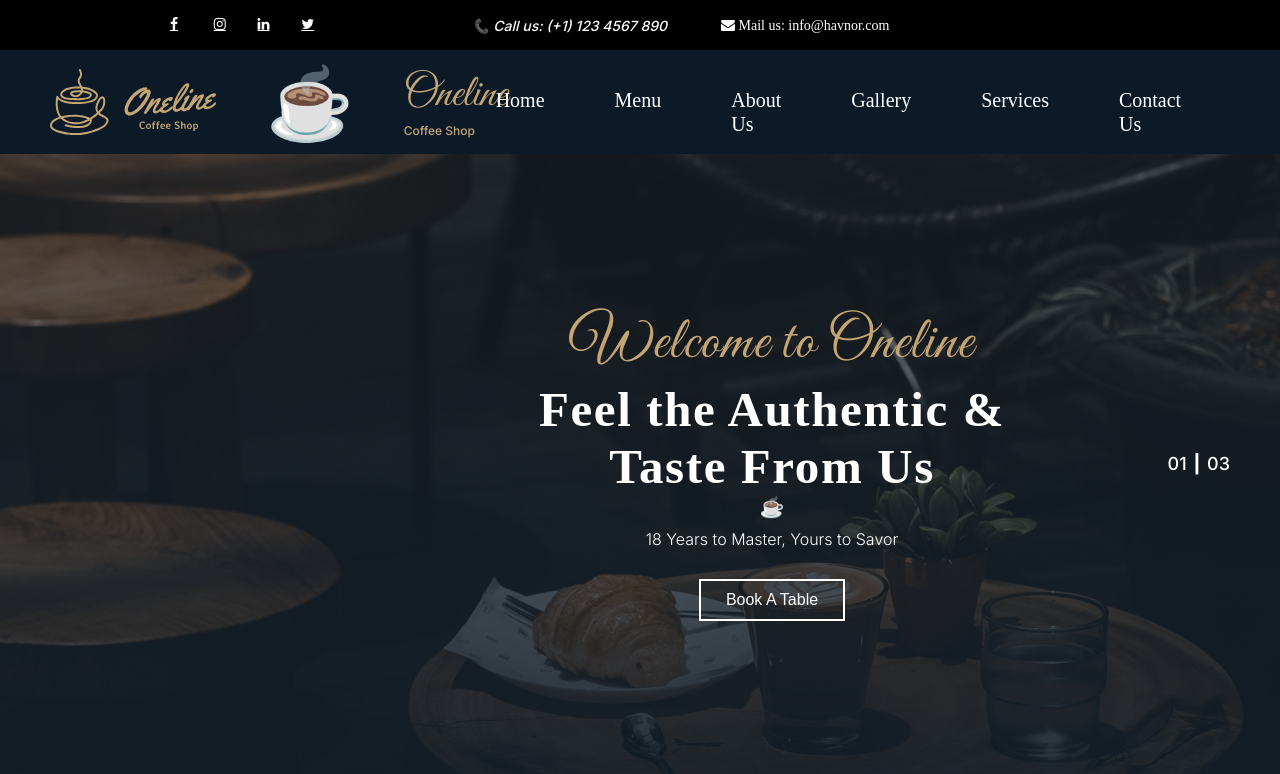
Repository: abhayzulasana/Online-Coffee-Shop
Page: index.html
The author's editor kept a copy of each file at every save. The page is drawn from the files as they stood at one save, then again after the next save.
The browser window is 1280 px wide. The pictures show the whole page.

Above is the page before, as saved 2025-05-14 10:08:22.

### index.html
<!DOCTYPE html>
<html lang="en">
<head>
  <meta charset="UTF-8" />
  <meta name="viewport" content="width=device-width, initial-scale=1.0" />
  <title>Oneline Coffee Shop</title>
  <link rel="stylesheet" href="style.css" />
  <link rel="stylesheet" href="https://cdnjs.cloudflare.com/ajax/libs/font-awesome/4.7.0/css/font-awesome.min.css">

  <link rel="preconnect" href="https://fonts.googleapis.com" />
  <link rel="preconnect" href="https://fonts.gstatic.com" crossorigin />
  <link href="https://fonts.googleapis.com/css2?family=Great+Vibes&family=Inter:wght@300;500;700&display=swap" rel="stylesheet">
</head>
<body>
  <header class="top-bar">
    <div class="social-icons">
      <a href="#" class="fa fa-facebook"></a>
      <a href="#" class="fa fa-instagram"></a>
      <a href="#" class="fa fa-linkedin"></a>
      <a href="#" class="fa fa-twitter"></a>

    </div>
    <div class="contact-info">
      <i class="call"> 📞   Call us: (+1) 123 4567 890</i>
      <i class="fa fa-envelope">    Mail us: info@havnor.com</i>

    </div>
  </header>

  <nav class="navbar">
    <div class="logo">
      <img src="img/cafelogo.svg">
      <span>☕</span>
      <span class="logo-text">Oneline <small>Coffee Shop</small></span>
    </div>
    <ul class="nav-links">
      <li>Home</li>
      <li>Menu</li>
      <li>About Us</li>
      <li>Gallery</li>
      <li>Services</li>
      <li>Contact Us</li>
    </ul>
  </nav>

  <section class="hero">
    <div class="hero-content">
  <center>
      <h2>Welcome to Oneline</h2>
      <h1>Feel the Authentic & Taste From Us</h1>
      <div class="divider">☕</div>
      <p>18 Years to Master, Yours to Savor</p>
      <button>Book A Table</button>
    </div>
  </center>
    <div class="scroll-number">
      <span>01</span>
      <span>┃</span>
      <span>03</span>
    </div>
  </section>
</body>
</html>

### style.css
/* Reset & Base */
* {
    margin: 0;
    padding: 0px;
    box-sizing: border-box;
  }

  body {
    font-family: 'Inter', sans-serif;
    color: white;
    /* margin-left:90px; */
    height: 100vh;
  }

  /* Top Bar */
  .top-bar {
    top: 0px;
    width: 100%;
    height: 50px;
    background-color: #000;
    color: white;
    display: flex;
    justify-content: space-between;
    padding: 10px 30px;
    font-size: 14px;

  }

  .social-icons a {
    margin-top:7px;
    width:40px;
    height: 17px;

    /* margin-right: 10px; */
    color: white;
    /* margin-left: 0px; */
    /* gap: 10px; */
  }
  .fa-facebook{
    margin-left: 140px;
  }
  .contact-info{
      display: flex;
      gap: 40px;
      margin-right: 320px;
      font-family: 'Inter', sans-serif;

      align-items: center;

  }
  .call{
      /* gap: 70px; */
      font-family: 'Inter', sans-serif;

      /* font: normal normal medium 16px/19px Montserrat; */
      width: 209px;
  }
  .fa-envelope{
    width: 209px;
    font-family: 'Inter', sans-serif;

  }

  /* Navbar */
  .navbar {
    top: 47px;
    margin-left: 0px;
    width: 100%;
    height: 104px;
    background-color: #0c1a28;
    display: flex;
    justify-content: space-between;
    text-align: left;
    /* align-items: center; */
    padding: 15px 50px;
  }

  .logo {
    display: flex;
    align-items: center;
    font-size: 70px;
    /* color: #C5A572; */
  }

  .logo span{
    margin-left: 50px;
    color: #C5A572;
  }
  .logo-text {
    top: 81px;
    width: 92px;
    height: px;
    color: #C5A572;
    font-family: 'Great Vibes', cursive;
    margin-left: 210px;
    font-size: 45px;
  }

  .logo-text small {
    display: block;
    font-size: 12px;
    font-family: 'Inter', sans-serif;
  }

  .nav-links {
    /* margin-left: 57px; */
    margin-right: 290px;
    margin-top: 23px;
    height: 24px;
    list-style: none;
    display: flex;
    gap: 70px;
    /* text-align: left; */
    font: normal normal normal 20px/24px Montserrat;
    color: #FFFFFF;
    opacity: 1;
  }

  .nav-links li {
    cursor: pointer;
  }

  /* Hero Section */
  .hero {
    top: 151px;
    left: 0px;
    width: 100%;
    height: 500px;
    display: flex;
    justify-content: space-between;
    align-items: center;
    height: calc(100vh - 100px);
    padding: 0 50px;
    background: url('img/bgcafe.png');
  background-repeat: no-repeat;
  background-size: cover;
  background-position: center;
  }

  .hero-content {
    top: 398px;
    margin-left: 427px;
    width: 857px;
    height: 317px;
    max-width: 50%;
  }

  .hero-content h2 {
    /* text-align: left; */
    font: normal normal normal 60px/75px Great Vibes;
    letter-spacing: 1.2px;
    color: #C5A572;

  }

  .hero-content h1 {
    font: normal normal normal ;
    font-family:Bellefair;
    font-size: 49px;
    letter-spacing: 1.6px;

    /* margin-bottom: 20px; */
  }

  .divider {
    font-size: 20px;
    color: #d4af37;
    margin-bottom: 10px;
  }

  .hero-content p {
    margin-bottom: 30px;
    font-weight: 300;
  }

  .hero-content button {
    padding: 10px 25px;
    font-size: 16px;
    background-color: transparent;
    border: 2px solid white;
    color: white;
    cursor: pointer;
    transition: 0.3s;
  }

  .hero-content button:hover {
    background-color: white;
    color: #000;
  }

  .scroll-number {
    text-align: center;
    font-size: 18px;
    line-height: 1.8;
  }

After the next save:
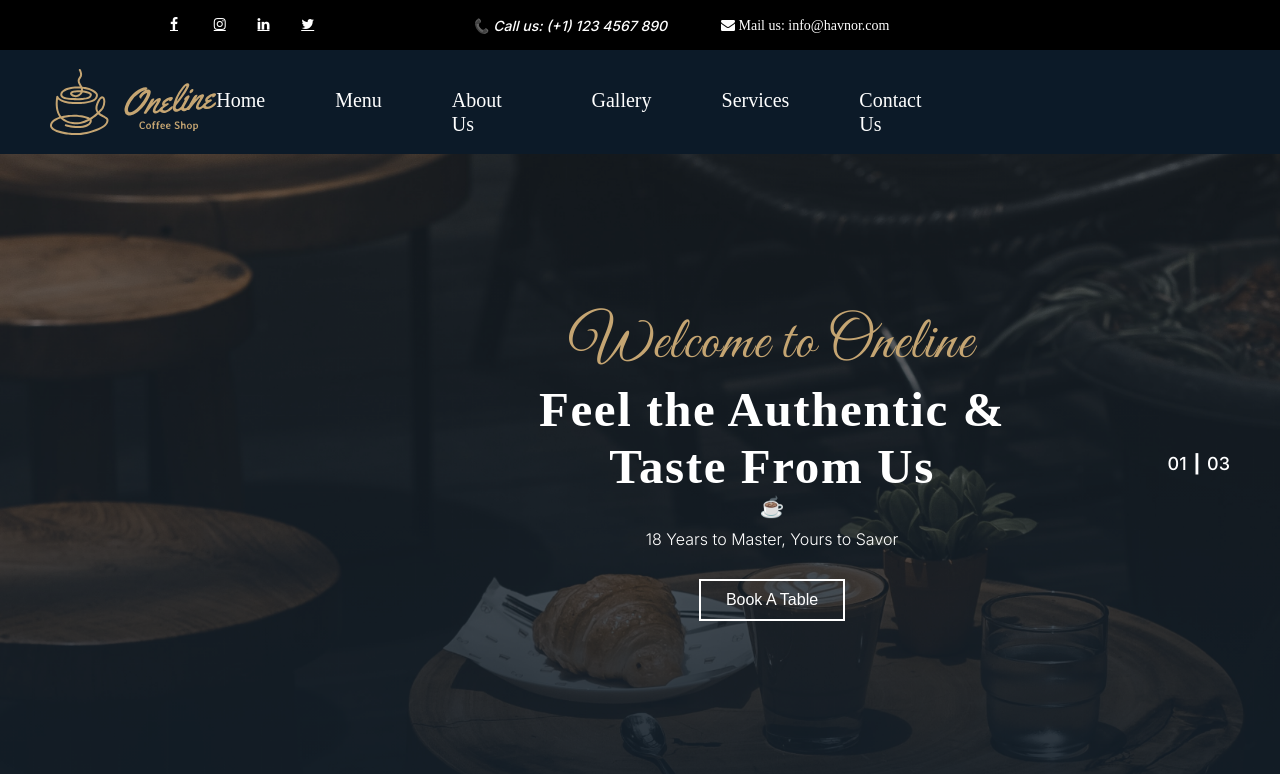
Saved 8 s later.
--- a/index.html
+++ b/index.html
@@ -30,8 +30,6 @@
   <nav class="navbar">
     <div class="logo">
       <img src="img/cafelogo.svg">
-      <span>☕</span>
-      <span class="logo-text">Oneline <small>Coffee Shop</small></span>
     </div>
     <ul class="nav-links">
       <li>Home</li>

After the save that followed:
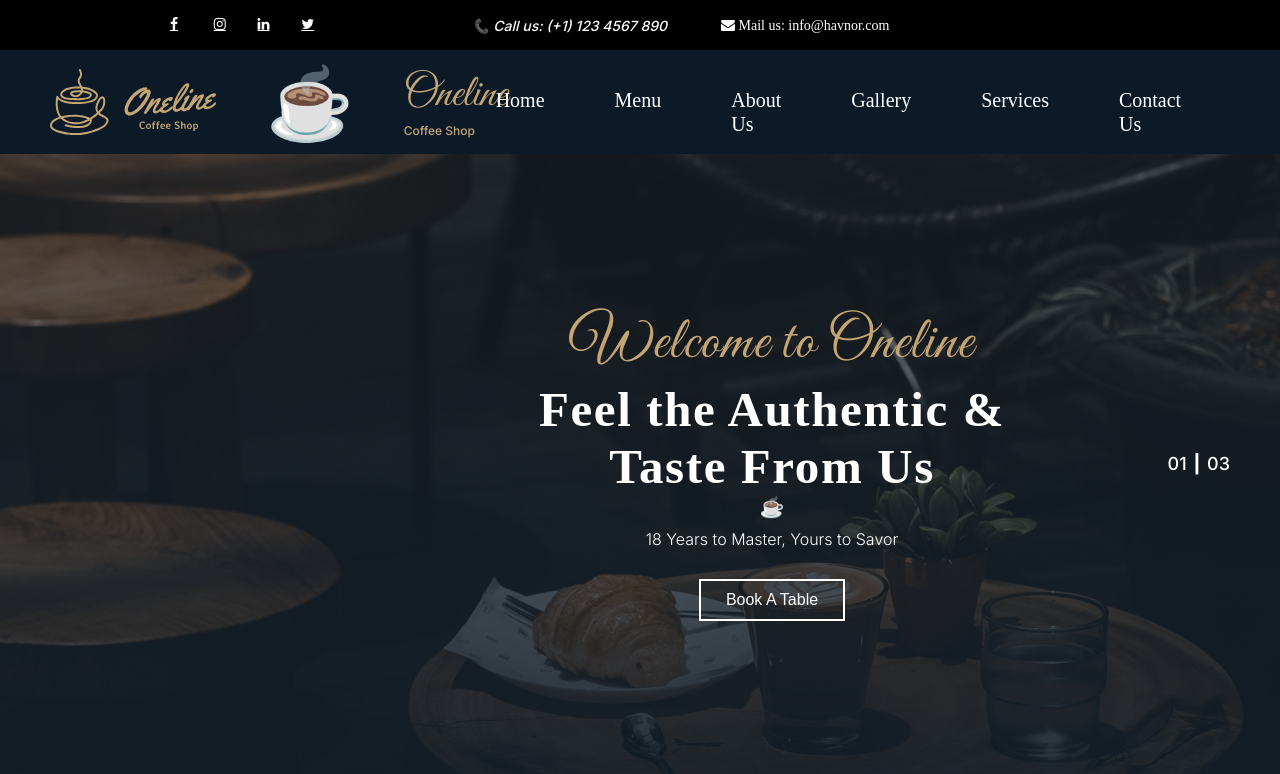
Saved 6 s later.
--- a/index.html
+++ b/index.html
@@ -30,6 +30,8 @@
   <nav class="navbar">
     <div class="logo">
       <img src="img/cafelogo.svg">
+      <span>☕</span>
+      <span class="logo-text">Oneline <small>Coffee Shop</small></span>
     </div>
     <ul class="nav-links">
       <li>Home</li>
